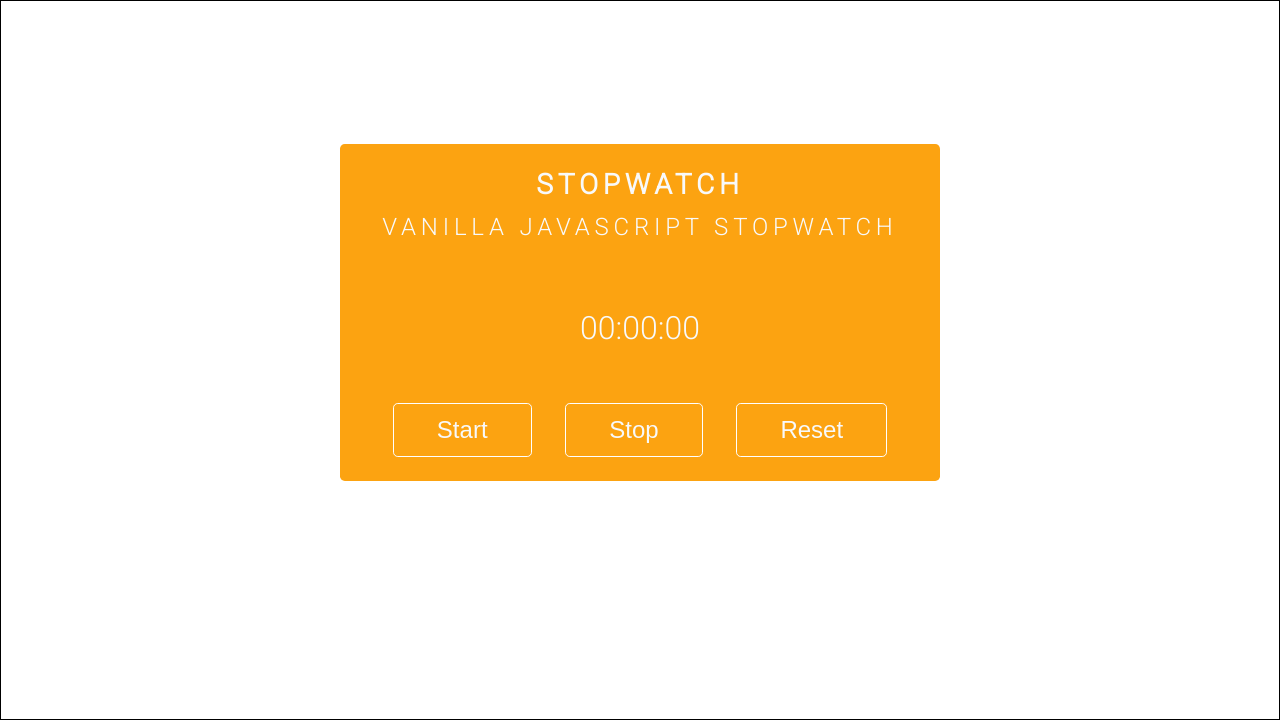
Repository: siaxiong/siaxiong.github.io
Page: doc/stopWatch.html
An editor plug-in stored every save of this project. The page is shown before and after the next save, followed by the edit.
The browser window is 1280 px wide. The pictures show the whole page.

Above is the page before, as saved 2021-03-10 21:32:51.

### doc/stopWatch.html
<!DOCTYPE html>
<html lang="en">

<head>
    <meta charset="UTF-8">
    <meta http-equiv="X-UA-Compatible" content="IE=edge">
    <meta name="viewport" content="width=device-width, initial-scale=1.0">
    <link rel="preconnect" href="https://fonts.gstatic.com">
    <link href="https://fonts.googleapis.com/css2?family=Roboto:wght@300&display=swap" rel="stylesheet">
    <title>StopWatch</title>
</head>

<style>
    * {
        box-sizing: border-box;
        padding: 0;
        margin: 0;
    }


    .container {
        border: 1px solid black;
        height: 100vh;
    }

    .stopwatch {
        margin: 0 auto;
        max-width: 600px;
        width: 100%;

        color: #f8f9fa;
        font-family: 'Roboto', sans-serif;
        text-align: center;

        font-size: 1.5rem;
        border-radius: 0.2em;

    }

    .stopwatch--orange {
        background-color: #fca311;

    }

    .stopwatch__message,
    .stopwatch__time,
    .stopwatch__buttons {
        padding: 1em 1.5em;
        /* margin: 1em 0; */
        /* border: 1px solid yellow; */
    }

    .stopwatch__message {
        overflow-wrap: break-word;
        letter-spacing: 0.2em;
        /* font-size: 1.5rem; */
    }

    .stopwatch__message>* + *{
        margin: 0.5em 0;

    }

    .stopwatch__buttons {
        display: flex;
        justify-content: space-around;
        flex-wrap: wrap;
    }



    .stopwatch__time {
        overflow-wrap: break-word;
        font-size: 2rem;
    }

    .stopwatch__buttons>* {
        border: 1px solid #fff;
        border-radius: 0.2em;
        padding: 0.5em 1.8em;
        font-size: inherit;
        color: inherit;
        background-color: inherit;

    }

    .stopwatch--position {
        position: absolute;
        top: 20%;
        left: 50%;
        transform: translateX(-50%);

    }

    @media only screen and (max-width: 700px) {
        .stopwatch {
            max-width: 90%;
        }
    }

    @media only screen and (max-width:500px) {
        .stopwatch__buttons>* {
            flex: 1;
        }
    }
</style>

<body>

    <!-----USE BEM METHODOLOGY-->
    <div class="container">

        <div class="stopwatch stopwatch--orange stopwatch--medium stopwatch--position">
            <div class="stopwatch__message">
                <h3>STOPWATCH</h3>
                <p>VANILLA JAVASCRIPT STOPWATCH</p>
            </div>

            <div id="stopwatch__time" class="stopwatch__time">
                00:00:00

            </div>

            <div class="stopwatch__buttons">
                <button id="stopwatch__button--start" class="stopwatch__button">
                    Start
                </button>
                <button id="stopwatch__button--stop" class="stopwatch__button">
                    Stop
                </button>
                <button id="stopwatch__button--reset"class="stopwatch__button">
                    Reset
                </button>
            </div>

        </div>

    </div>

    <script>

        let startButton = document.getElementById('stopwatch__button--start');
        let stopButton = document.getElementById('stopwatch__button--stop');
        let resetButton = document.getElementById('stopwatch__button--reset');

        let startTime;
        let elapsedTime = 0;
        let timerInterval;

        startButton.addEventListener("click", start);
        stopButton.addEventListener("click", stop);
        resetButton.addEventListener("click", reset);



        function start(){
            startTime = Date.now() - elapsedTime;
            timerInterval = setInterval(function printTime(){
                elapsedTime = Date.now() - startTime;
                print(timeToString(elapsedTime));
            }, 10)
        }

        function stop(){
            clearInterval(timerInterval);
        }

        function reset(){
            clearInterval(timerInterval);
            print("00:00:00");
            elapsedTime = 0;
        }

        function print(txt){
            document.getElementById("stopwatch__time").innerHTML = txt;
        }

        function timeToString(time) {

            let diffInHrs = time / 3600000;
            let hh = Math.floor(diffInHrs)

            let diffInMin = (diffInHrs - hh) * 60;
            let mm = Math.floor(diffInMin)

            let diffInSec = (diffInMin - mm) * 60;
            let ss = Math.floor(diffInSec);

            let DiffInMs = (diffInSec - ss) * 100;
            let ms = Math.floor(DiffInMs);


            let formattedMM = mm.toString().padStart(2, "0");
            let formattedSS = ss.toString().padStart(2, "0");
            let formattedMS = ms.toString().padStart(2, "0");


            return `${formattedMM}:${formattedSS}:${formattedMS}`;
        }




    </script>


</body>

</html>

After the next save:
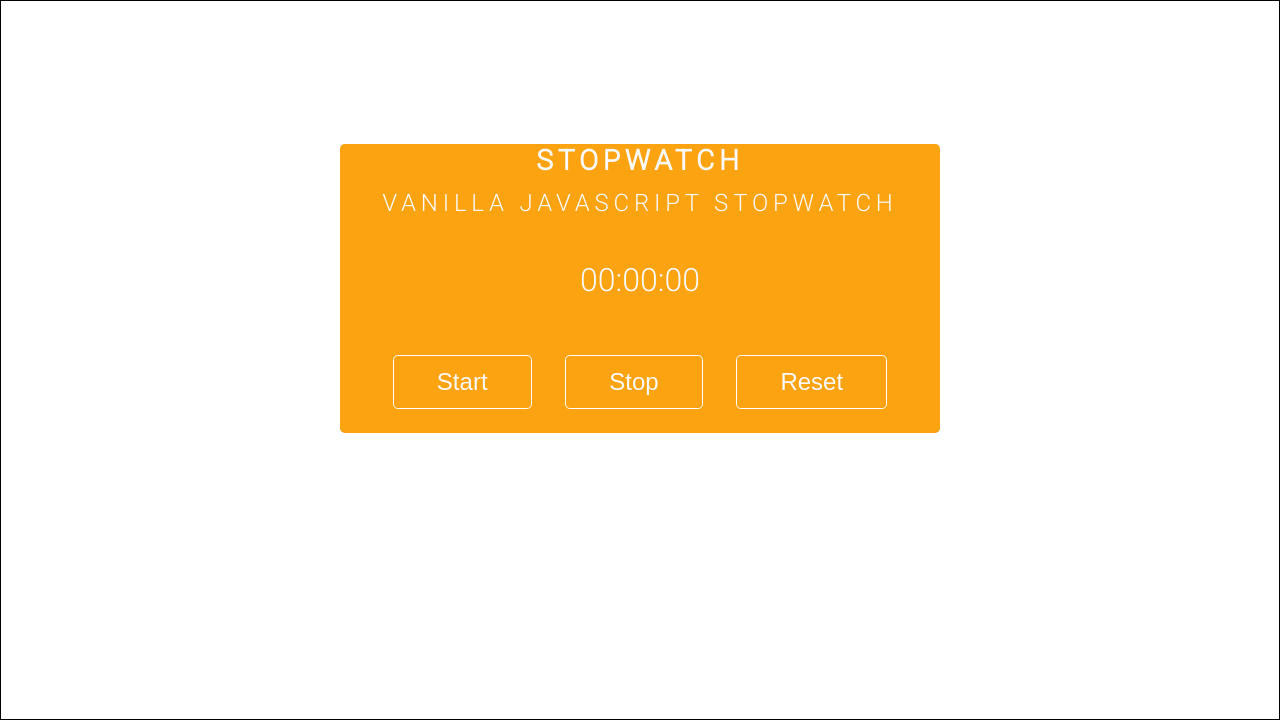
Saved 52 s later.
--- a/doc/stopWatch.html
+++ b/doc/stopWatch.html
@@ -50,13 +50,13 @@
         /* border: 1px solid yellow; */
     }
 
-    .stopwatch__message {
+    .stopwatch__title {
         overflow-wrap: break-word;
         letter-spacing: 0.2em;
         /* font-size: 1.5rem; */
     }
 
-    .stopwatch__message>* + *{
+    .stopwatch__title>* + *{
         margin: 0.5em 0;
 
     }
@@ -111,7 +111,7 @@
     <div class="container">
 
         <div class="stopwatch stopwatch--orange stopwatch--medium stopwatch--position">
-            <div class="stopwatch__message">
+            <div class="stopwatch__title">
                 <h3>STOPWATCH</h3>
                 <p>VANILLA JAVASCRIPT STOPWATCH</p>
             </div>

After the save that followed:
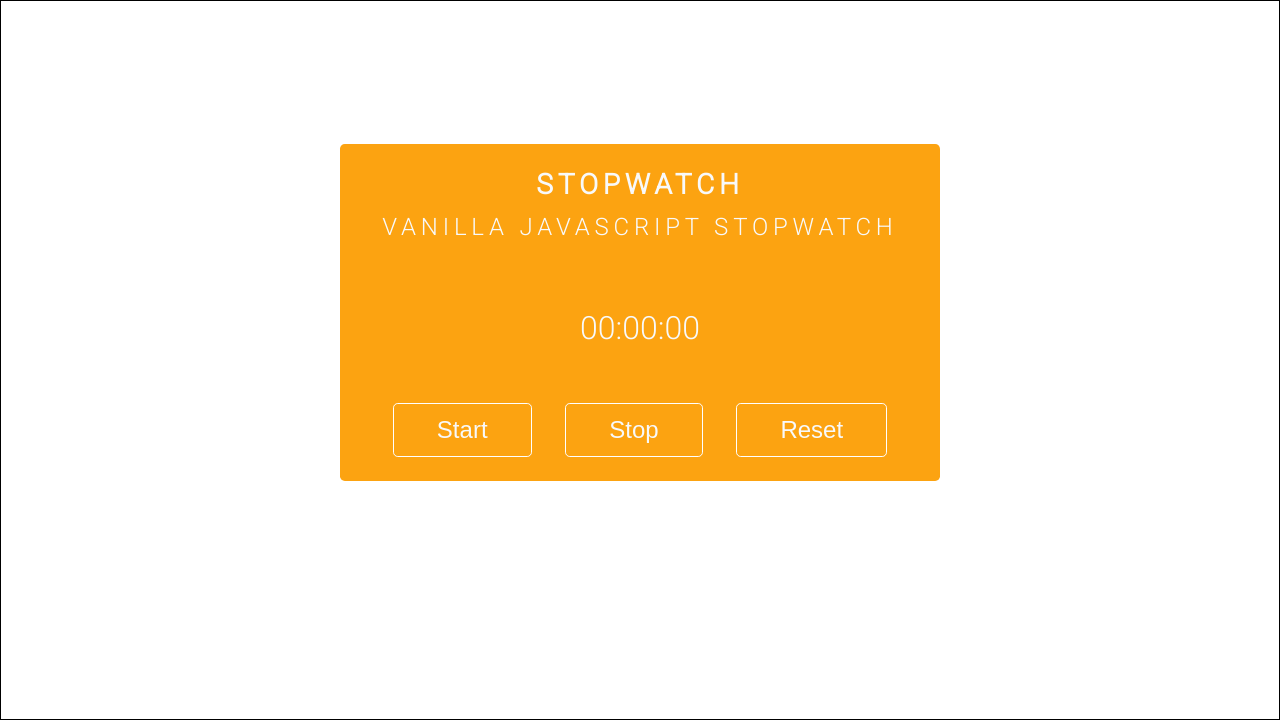
Saved 19 s later.
--- a/doc/stopWatch.html
+++ b/doc/stopWatch.html
@@ -42,7 +42,7 @@
 
     }
 
-    .stopwatch__message,
+    .stopwatch__title,
     .stopwatch__time,
     .stopwatch__buttons {
         padding: 1em 1.5em;
